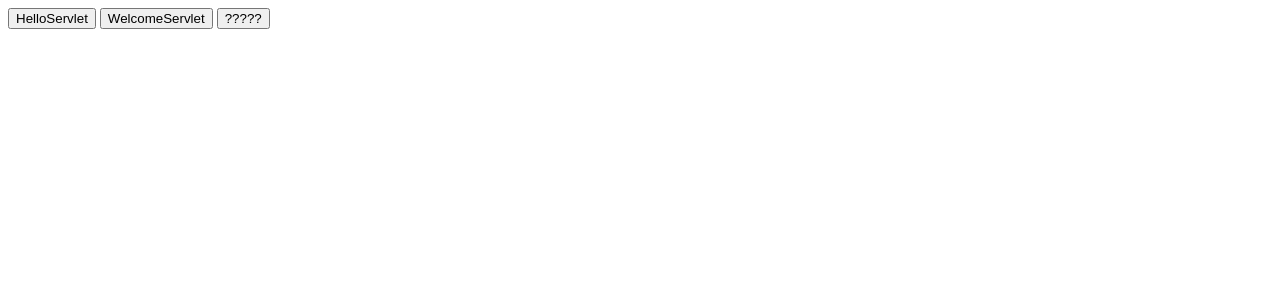
Repository: Nogawa-Haruka/test
Page: http://localhost/HelloServlet/
These files come from the project's save history. The page is drawn as it stood at one moment and after the next save; the edit follows.
The browser window is 1280 px wide. The pictures show the whole page.
The page is served by Tomcat 9. Other server files are loaded and not shown.

Above is the page before, as saved 2019-11-18 11:17:36.

### HelloServlet/WebContent/index.jsp
<%@ page language="java" contentType="text/html; charaset=UTF=8" pageEncoding="UTF-8"%>
<!DOCTYPE html>
<html>
<head>
	<meta charset="UTF-8">
	<title>HelloServlet</title>
</head>
<body>
	<input type="button" value="HelloServlet" onClick="location.href='HelloServlet'">
	<input type="button" value="WelcomeServlet" onClick="location.href='welcome.jsp'">
	<input type="button" value="問い合わせ" onClick="location.href='inquiry.jsp'">
</body>
</html>

After the next save:
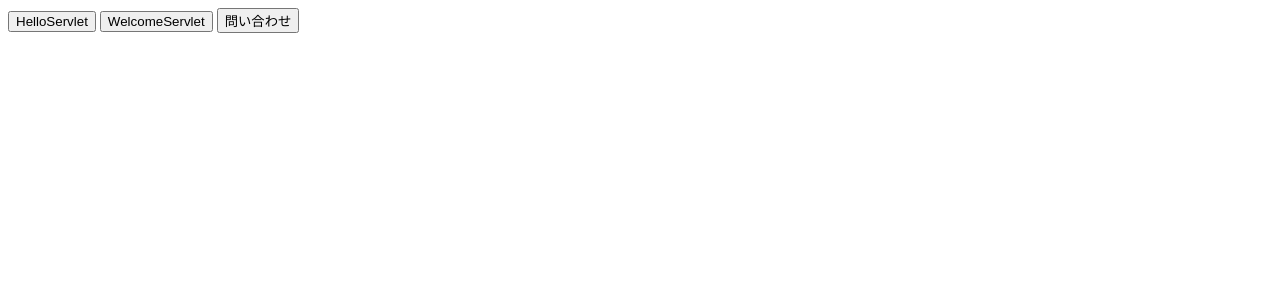
Saved 54 s later.
--- a/HelloServlet/WebContent/index.jsp
+++ b/HelloServlet/WebContent/index.jsp
@@ -1,4 +1,4 @@
-<%@ page language="java" contentType="text/html; charaset=UTF=8" pageEncoding="UTF-8"%>
+<%@ page language="java" contentType="text/html; charaset=UTF-8" pageEncoding="UTF-8"%>
 <!DOCTYPE html>
 <html>
 <head>
